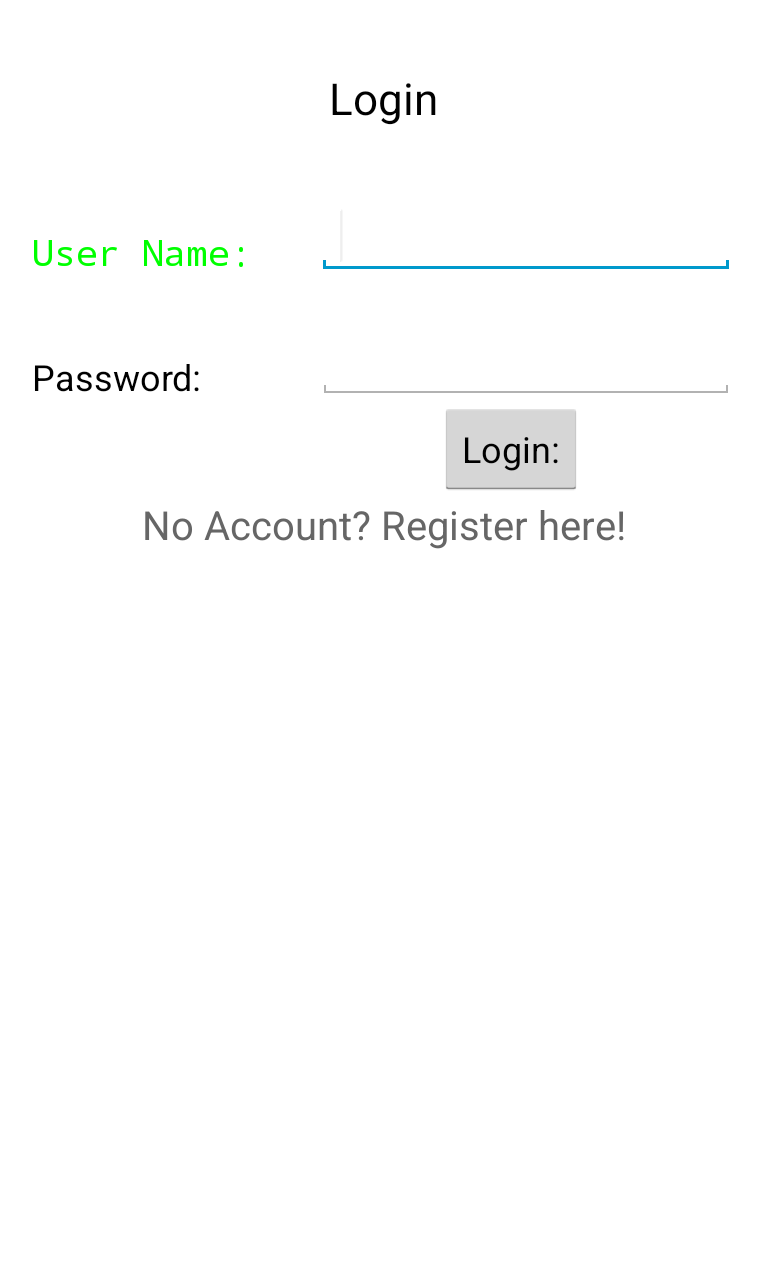
Repository: chrisberry/WebAPIWithAndroidUI
Layout: PeopleAPIAndroid/PeopleAPI/res/layout/login_main.xml
These files come from the project's save history. The layout is drawn as it stood at one moment and after the next save; the edit follows.
It is drawn on a 768 x 1280 px phone screen (xhdpi) without system bars, with theme AppTheme; the app's code is not run.

Above is the layout before, as saved 2014-02-11 18:24:53.

After the next save:
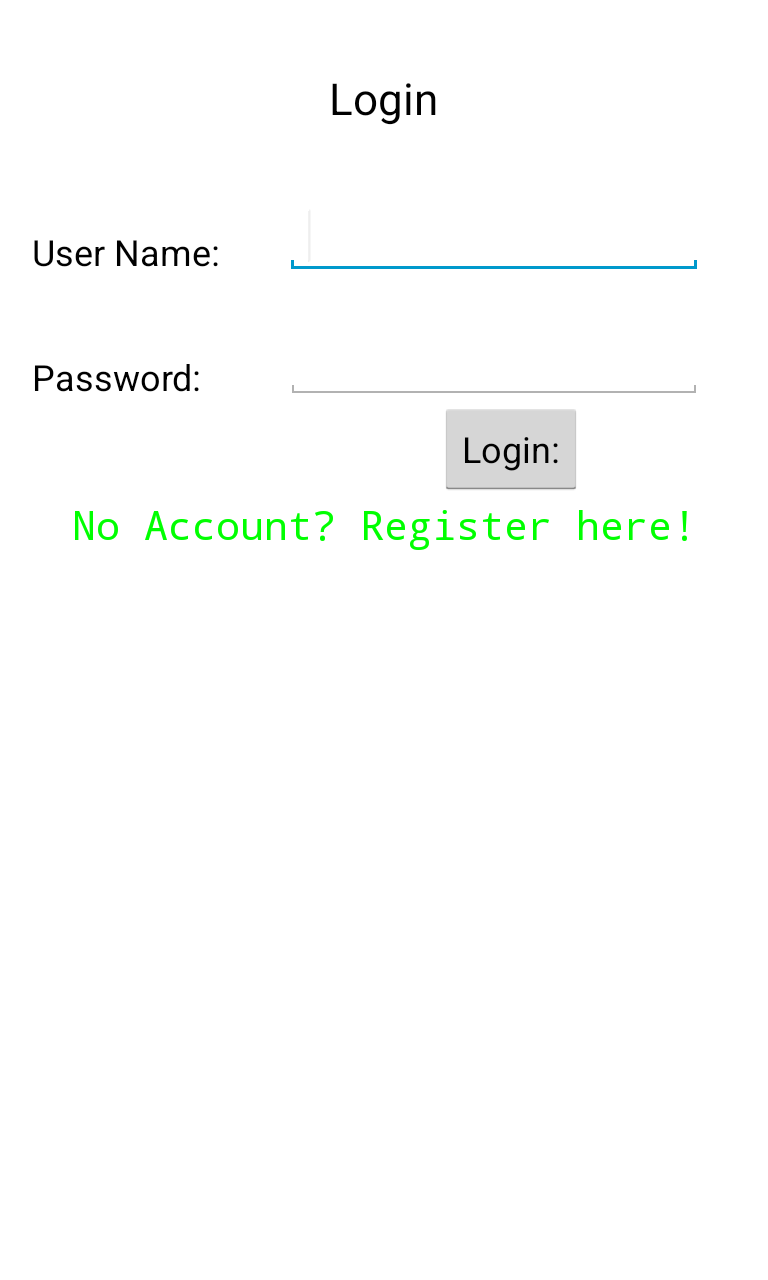
Saved 61 s later.
--- a/PeopleAPIAndroid/PeopleAPI/res/layout/login_main.xml
+++ b/PeopleAPIAndroid/PeopleAPI/res/layout/login_main.xml
@@ -25,7 +25,7 @@
       android:layout_below="@+id/textView1"
       android:layout_marginTop="50dp"
       android:text="@string/username"
-       style="@style/CodeFont"
+
       android:textAppearance="?android:attr/textAppearanceMedium" />
 
    <EditText
@@ -76,7 +76,7 @@
         android:layout_centerHorizontal="true"
         android:onClick="showRegister"
         android:text="@string/register_prompt"
-        android:textColor="@color/titlecolor"
+        style="@style/CodeFont"
         android:textSize="20sp" />
 
 </RelativeLayout>
